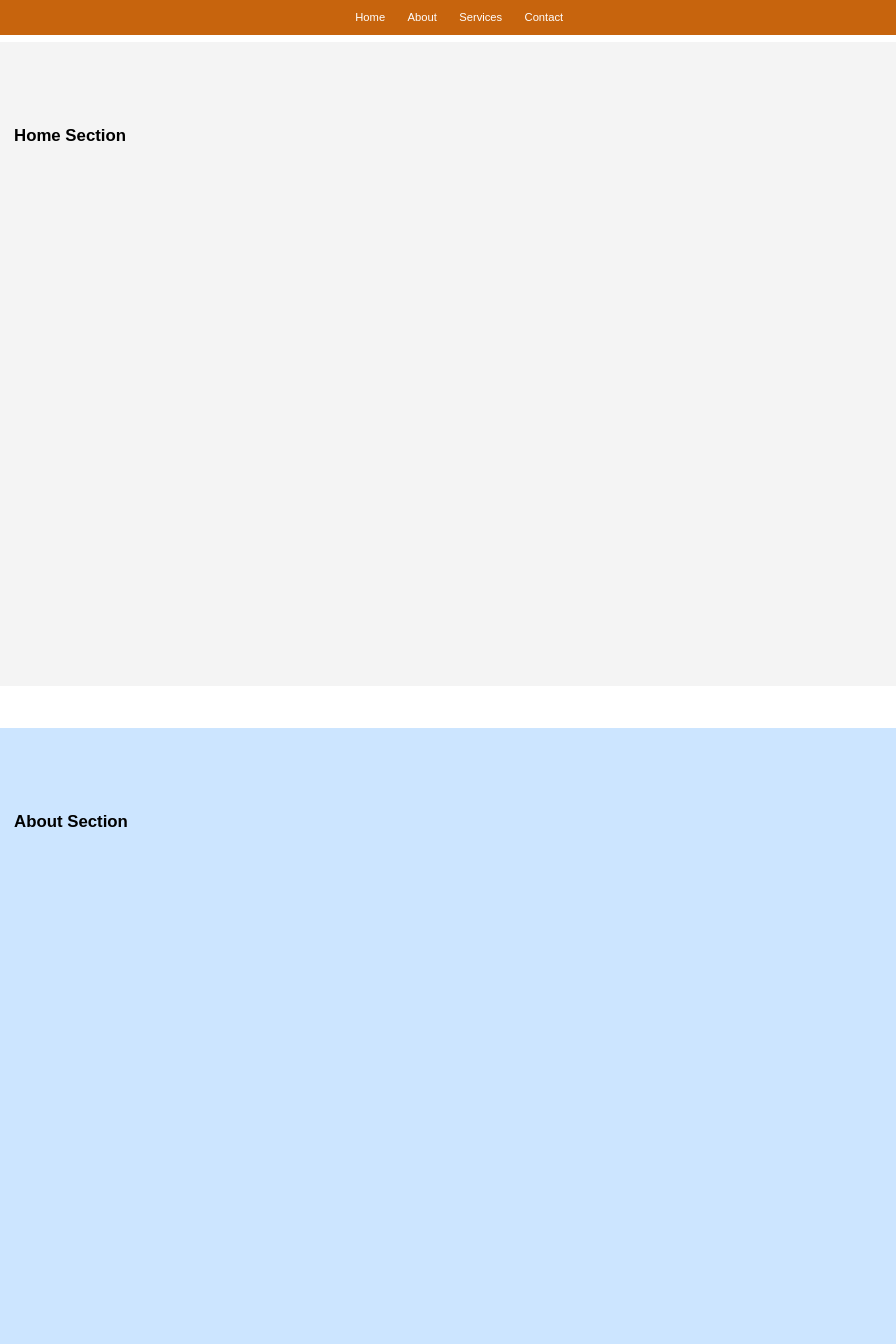
Repository: danichimescu/tema_unu_
Page: index.html
An editor plug-in stored every save of this project. The page is shown before and after the next save, followed by the edit.
The browser window is 1280 px wide. The pictures show the part of the page from y = 0 to 1920 px (the page is 3920 px tall), at 70% of full size.

Above is the page before, as saved 2025-10-06 01:33:59.

### index.html
<!DOCTYPE html>
<html lang="en">
<head>
  <meta charset="UTF-8">
  <meta name="viewport" content="width=device-width, initial-scale=1.0">
  <title>Document</title>
</head>
<body>

</body>
</html>

<!DOCTYPE html>
<html lang="en">
<head>
  <meta charset="UTF-8" />
  <meta name="viewport" content="width=device-width, initial-scale=1.0" />
  <title>Sovis Print</title>
  <script src="main.js" defer></script>
  <link rel="stylesheet" href="style.css" />
</head>

<body>

  <nav>
    <a href="#home">Home</a>
    <a href="#about">About</a>
    <a href="#services">Services</a>
    <a href="#contact">Contact</a>
  </nav>

  <section id="home">
    <h1>Home Section</h1>
  </section>
  <section id="about">
    <h1>About Section</h1>
  </section>
  <section id="services">
    <h1>Services Section</h1>
  </section>
  <section id="contact">
    <h1>Contact Section</h1>
  </section>

</body>

</html>

### style.css
/* ce e html? */
/* https://www.w3schools.com/cssref/pr_scroll-behavior.php#:~:text=This%20is%20default-,smooth,property%20to%20its%20default%20value. */

html {
    scroll-behavior: smooth;
}

body {
    font-family: sans-serif;
    margin: 0;
}

nav {
    position: fixed;
    top: 0;
    width: 100%;
    background: #c7640d;
    padding: 1rem;
    display: flex;
    justify-content: center;
    gap: 2rem;
}

nav a {
    color: white;
    text-decoration: none;
}

section {
    padding: 100px 20px;
    margin-top: 60px;
    height: 100vh;
}

#home {
    background: #f4f4f4;
}

#about {
    background: #cce5ff;
}

#services {
    background: #d4edda;
}

#contact {
    background: #fff3cd;
}

Loaded but not shown: main.js (no stored copy; drawn as an empty file)

After the next save:
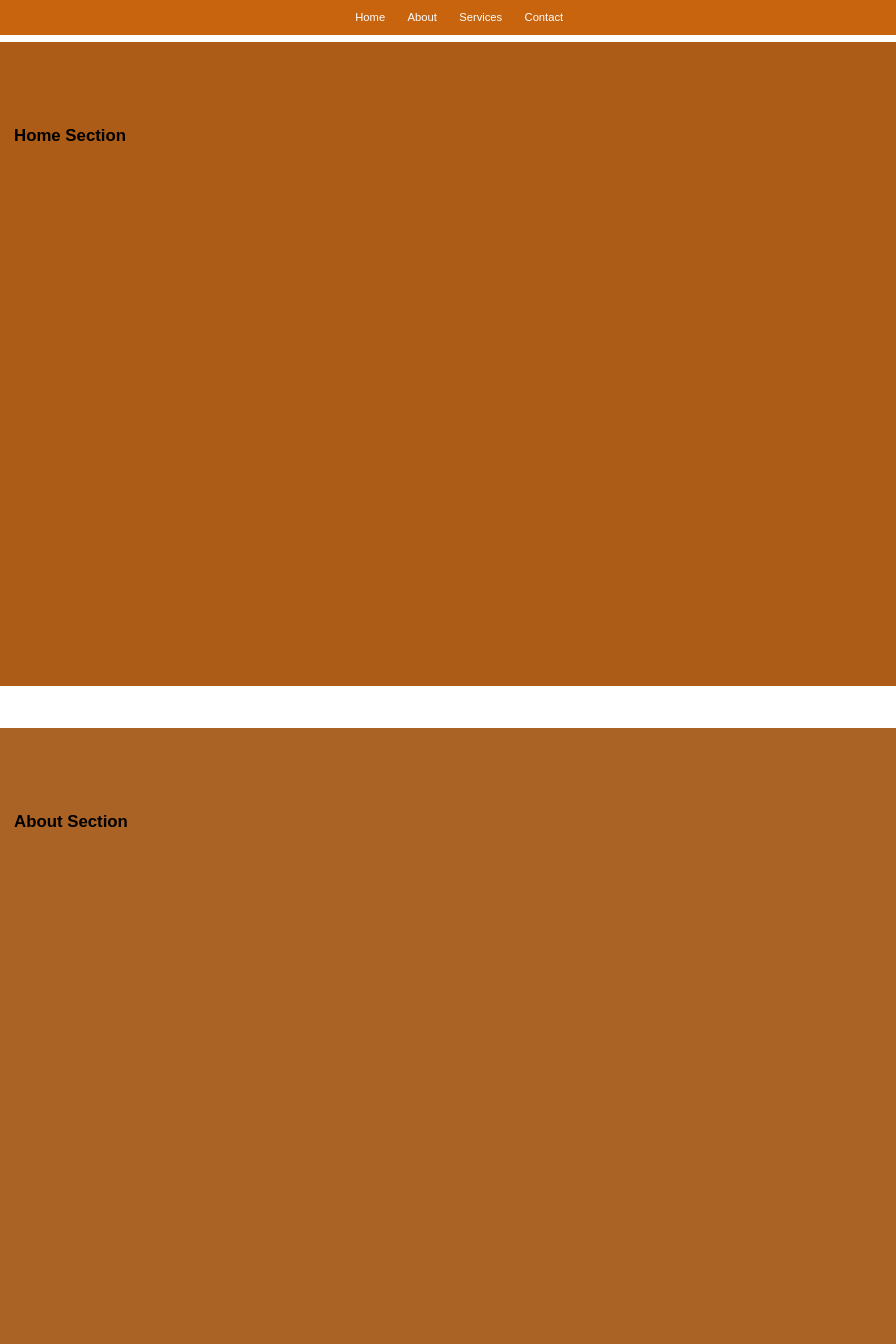
Saved 78 s later.
--- a/style.css
+++ b/style.css
@@ -33,17 +33,17 @@ section {
 }
 
 #home {
-    background: #f4f4f4;
+    background: #ac5c16;
 }
 
 #about {
-    background: #cce5ff;
+    background: #ab6325;
 }
 
 #services {
-    background: #d4edda;
+    background: #ab7b51;
 }
 
 #contact {
-    background: #fff3cd;
+    background: #b18c6c;
 }
